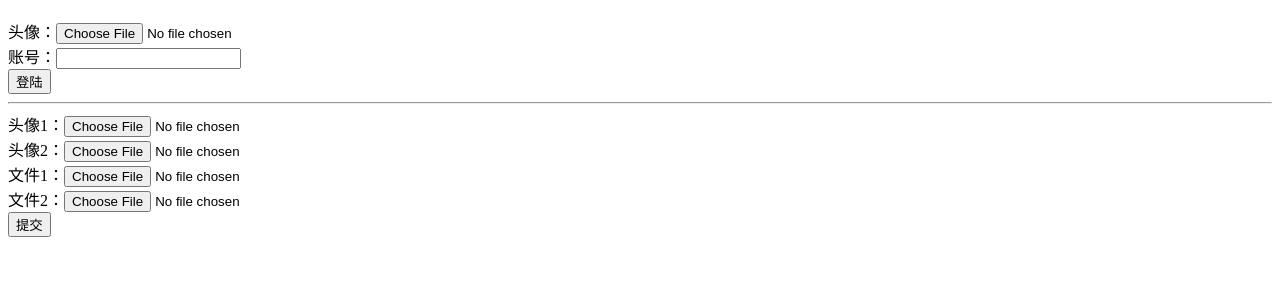
Repository: ocxz/spring
Page: http://localhost/91.SpringMVC_upload/
These files come from the project's save history. The page is drawn as it stood at one moment and after the next save; the edit follows.
The browser window is 1280 px wide. The pictures show the whole page.
The page is served by Tomcat 9.

Above is the page before, as saved 2019-12-09 04:51:42.

After the next save:
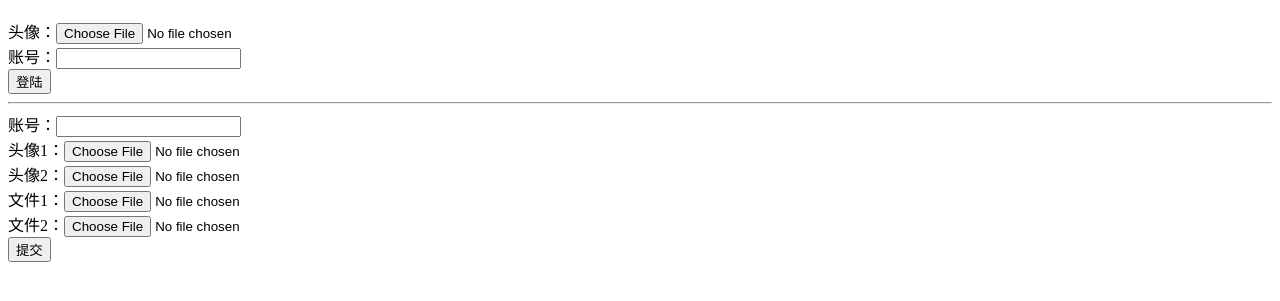
Saved 7 s later.
--- a/Spring/代码/91.SpringMVC_upload/src/main/webapp/index.jsp
+++ b/Spring/代码/91.SpringMVC_upload/src/main/webapp/index.jsp
@@ -17,6 +17,7 @@
 		<hr/>
 
 		<form action="fileUploads" method="post" enctype="multipart/form-data">
+		账号：<input type="text" name="username"> <br/>
 		头像1：<input type="file" name="files"> <br/>
 		头像2：<input type="file" name="files"> <br/>
 		文件1：<input type="file" name="file1"> <br/>
